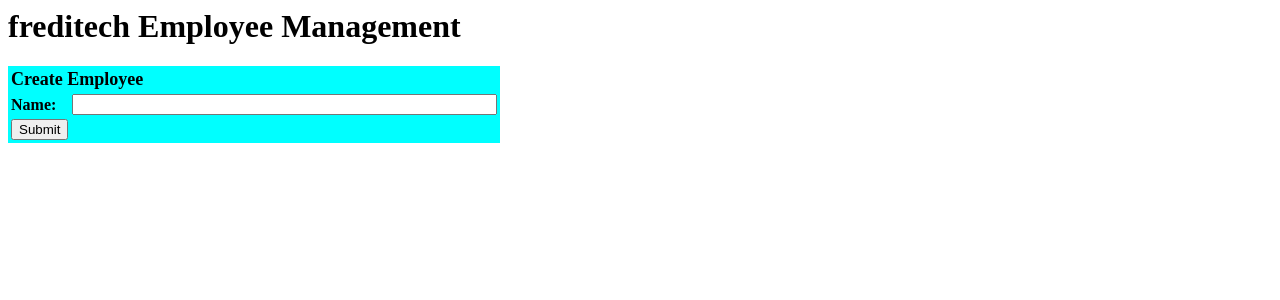
Repository: freditech/gaecode
Page: JDOExample/war/index.html
The author's editor kept a copy of each file at every save. The page is drawn from the files as they stood at one save, then again after the next save.
The browser window is 1280 px wide. The pictures show the whole page.

Above is the page before, as saved 2013-08-15 16:43:20.

After the next save:
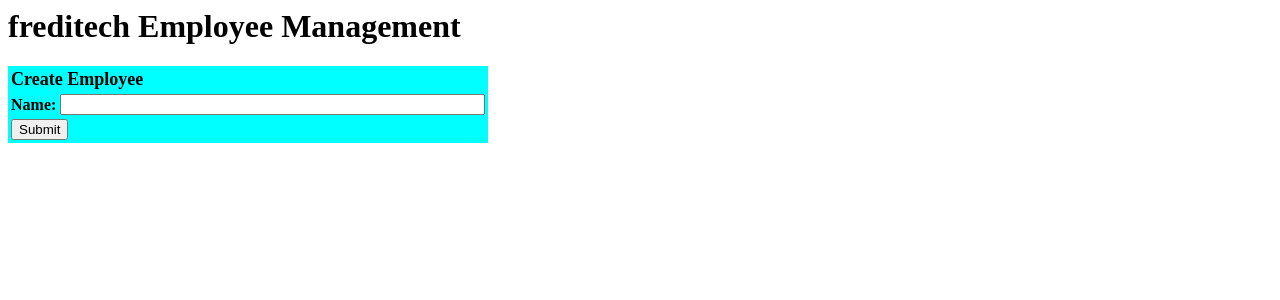
Saved 26 s later.
--- a/JDOExample/war/index.html
+++ b/JDOExample/war/index.html
@@ -24,7 +24,7 @@
 		<td> <input type="text" name="empName" size="50"/> </td>
       </tr>
       <tr>
-		<td> <input type="submit" name="Create"/> </td>
+		<td colspan="2"> <input type="submit" name="Create"/> </td>
       </tr>
     </table>
   </body>
